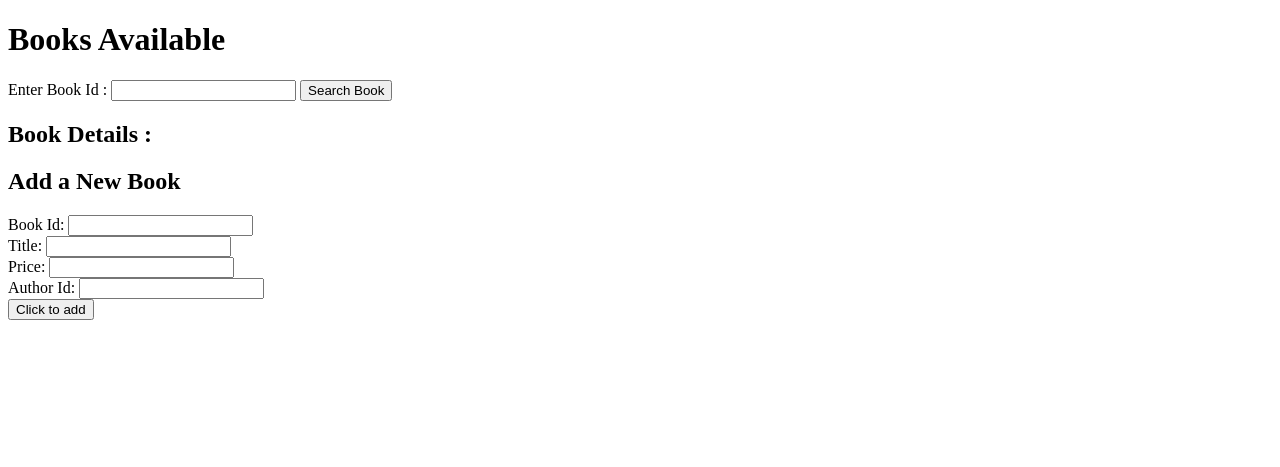
Repository: shriguru-varshini/CarRental
Page: shop/src/main/resources/static/books.html
These files come from the project's save history. The page is drawn as it stood at one moment and after the next save; the edit follows.
The browser window is 1280 px wide. The pictures show the whole page.
The page's requests for data from a server got no answer.

Above is the page before, as saved 2025-03-03 09:34:54.

### shop/src/main/resources/static/books.html
<!DOCTYPE html>
<html lang="en">

<head>
<title>JavaScript Book System</title>
</head>
<body>
<h1>Books Available</h1>
<ul id="bookList"></ul>
<label for="bookId">Enter Book Id :</label>
<input type ="number" id="bookId">
<button onclick="fetchBookById()">Search Book</button>
<h2>Book Details :</h2>
<p id = "bookDetails"></p>

<h2>Add a New Book</h2>
<label for="newBookId">Book Id:</label>
<input type="number" id="newBookId"><br>
<label for="newBookTitle">Title:</label>
<input type="text" id="newBookTitle"><br>
<label for="newBookPrice">Price:</label>
<input type="number" id="newBookPrice"><br>
<label for="newAuthorId">Author Id:</label>
<input type="number" id="newAuthorId"><br>
<button onclick="submitBooks()">Click to add</button>

<script>
		//fetch books dynamically

		//fetch book by id

		function fetchBookById(){
		const bookId = document.getElementById("bookId").value;
		if(!bookId){
			alert("Please enter some book id");
			return;
		}
		fetch(`api/books/${bookId}`)
		.then(response => {
			if(!response.ok){
				throw new Error("Book not found");
			}
			return response.json();
		})
		.then (book => {
			document.getElementById("bookDetails").textContent =
				`Title : ${book.title} || Price : ${book.price} || Author ID : ${book.authorId}`;
		})
		.catch(error => {
			document.getElementById("bookDetails").textContent = "Book Not Found";
		})
		}
// Add a new book
        function addBook() {
            const newBookId = document.getElementById("newBookId").value;
            const newBookTitle = document.getElementById("newBookTitle").value;
            const newBookPrice = document.getElementById("newBookPrice").value;
            const newAuthorId = document.getElementById("newAuthorId").value;

            if (!newBookId || !newBookTitle || !newBookPrice || !newAuthorId) {
                alert("Please fill in all fields");
                return;
            }

            const newBook = {
                id: newBookId,
                title: newBookTitle,
                price: newBookPrice,
                authorId: newAuthorId
            };

            fetch('/api/books', {
                method: 'POST',
                headers: {
                    'Content-Type': 'application/json'
                },
                body: JSON.stringify(newBook)
            })
            .then(response => {
                if (!response.ok) {
                    throw new Error("Failed to add book");
                }
                return response.json();
            })
            .then(data => {
                alert("Book added successfully");
                // Optionally, update the book list dynamically
                const list = document.getElementById('bookList');
                const li = document.createElement('li');
                li.textContent = `${data.title} having price ${data.price} with author id ${data.authorId}`;
                list.appendChild(li);
            })
            .catch(error => {
                console.error('Error adding book:', error);
                alert("Error adding book");
            });
        }

        // Submit books
        function submitBooks() {
            alert("Books submitted successfully");
        }


		fetch('/api/books')
		.then(response => response.json())
		.then(data => {
			const list = document.getElementById('bookList');
			data.forEach(book => {
				const li = document.createElement('li');
				li.textContent = `${book.title} having price ${book.price} with author id ${book.authorId}`;
				list.appendChild(li);
			})
		})
		.catch(error => console.error('Error fetching books data', error));

		// Delete Book frontend
	    async function deleteBook() {
	        const deleteBookId = document.getElementById('deleteBookId').value;
	        if (!deleteBookId) {
	            alert("Please enter a valid book ID to delete.");
	            return;
	        }

	        try {
	            const response = await fetch(`/api/books/${deleteBookId}`, {
	                method: "DELETE"
	            });

	            if (!response.ok) {
	                throw new Error("Failed to delete book");
	            }

	            alert(`Book with ID ${deleteBookId} deleted successfully!`);
	        } catch (error) {
	            console.error('Error deleting book:', error);
	        }
	    }
</script>
</body>
</html>

After the next save:
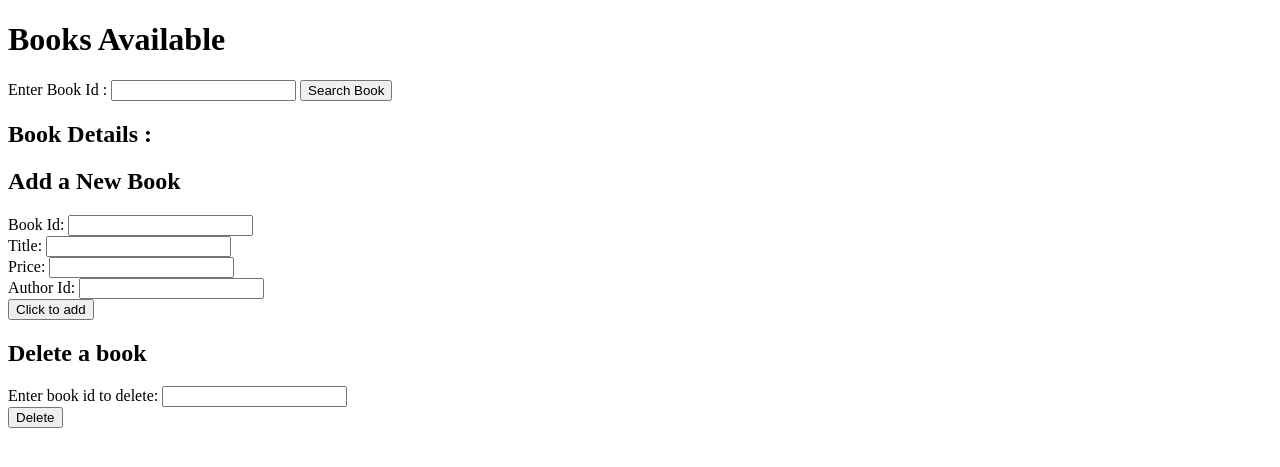
Saved 3 min 11 s later.
--- a/shop/src/main/resources/static/books.html
+++ b/shop/src/main/resources/static/books.html
@@ -24,10 +24,16 @@
 <input type="number" id="newAuthorId"><br>
 <button onclick="submitBooks()">Click to add</button>
 
+<h2>Delete a book</h2>
+<label for="deleteBookId">Enter book id to delete:</label>
+<input type="number" id="deleteBookId"><br>
+<button onclick="deleteBook()">Delete</button>
+
 <script>
 		//fetch books dynamically
 
 		//fetch book by id
+
 
 		function fetchBookById(){
 		const bookId = document.getElementById("bookId").value;
@@ -115,6 +121,7 @@
 		.catch(error => console.error('Error fetching books data', error));
 
 		// Delete Book frontend
+
 	    async function deleteBook() {
 	        const deleteBookId = document.getElementById('deleteBookId').value;
 	        if (!deleteBookId) {
